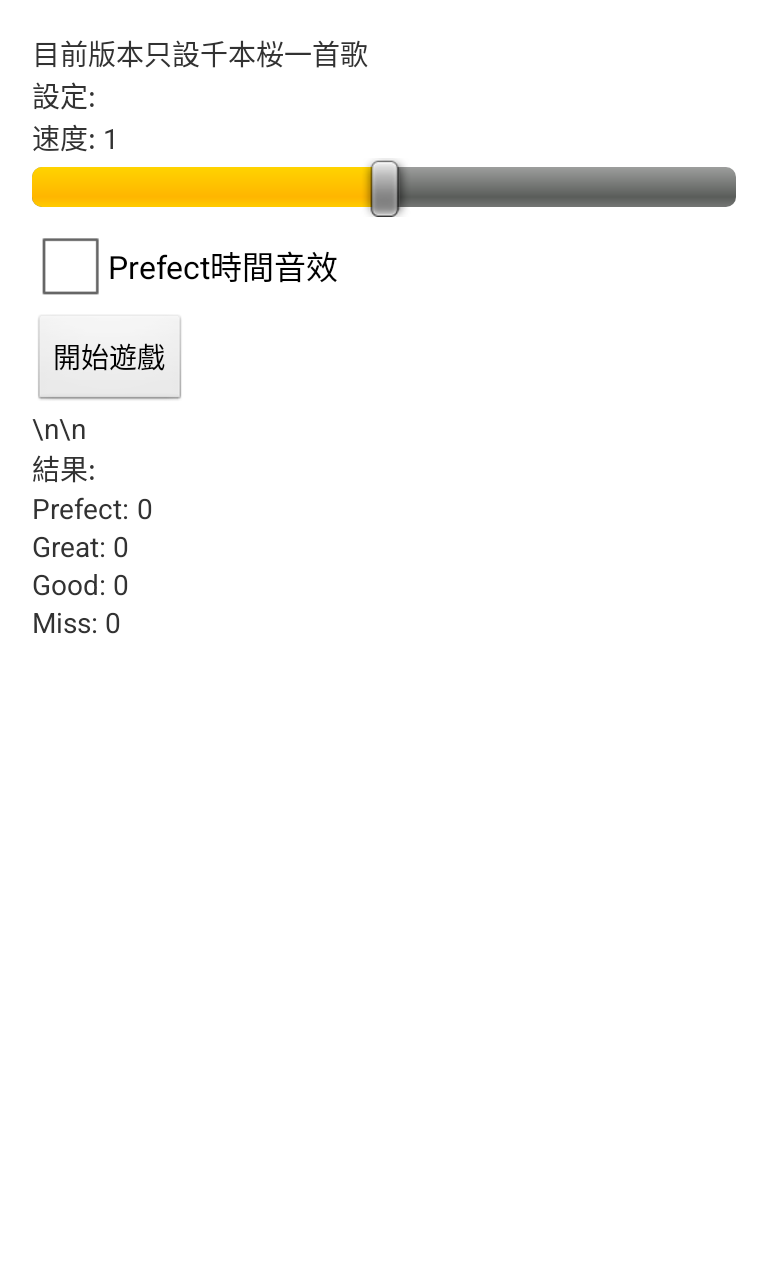
Repository: dogwong/marumaru
Layout: maimai_test/marumaru/res/layout/activity_main.xml
These files come from the project's save history. The layout is drawn as it stood at one moment and after the next save; the edit follows.
It is drawn on a 768 x 1280 px phone screen (xhdpi) without system bars, with theme AppTheme; the app's code is not run.

Above is the layout before, as saved 2013-06-10 16:08:44.

### maimai_test/marumaru/res/layout/activity_main.xml
<LinearLayout xmlns:android="http://schemas.android.com/apk/res/android"
    xmlns:tools="http://schemas.android.com/tools"
    android:id="@+id/LinearLayout1"
    android:layout_width="match_parent"
    android:layout_height="match_parent"
    android:orientation="vertical"
    android:paddingBottom="@dimen/activity_vertical_margin"
    android:paddingLeft="@dimen/activity_horizontal_margin"
    android:paddingRight="@dimen/activity_horizontal_margin"
    android:paddingTop="@dimen/activity_vertical_margin"
    tools:context=".MainActivity" >

    <TextView
        android:id="@+id/textView1"
        android:layout_width="wrap_content"
        android:layout_height="wrap_content"
        android:text="目前版本只設千本桜一首歌" />

    <TextView
        android:id="@+id/textView2"
        android:layout_width="wrap_content"
        android:layout_height="wrap_content"
        android:text="設定:" />

    <TableRow
        android:id="@+id/tableRow1"
        android:layout_width="match_parent"
        android:layout_height="wrap_content" >

        <TextView
            android:id="@+id/textView3"
            android:layout_width="wrap_content"
            android:layout_height="wrap_content"
            android:text="速度: " />

        <TextView
            android:id="@+id/tvSpeed"
            android:layout_width="wrap_content"
            android:layout_height="wrap_content"
            android:text="1" />

    </TableRow>

    <TableRow
        android:id="@+id/tableRow2"
        android:layout_width="match_parent"
        android:layout_height="wrap_content" >

        <SeekBar
            android:id="@+id/sbSpeed"
            android:layout_width="match_parent"
            android:layout_height="wrap_content"
            android:max="8"
            android:progress="4" />

    </TableRow>

    <CheckBox
        android:id="@+id/cbStandardSE"
        android:layout_width="wrap_content"
        android:layout_height="wrap_content"
        android:text="Prefect時間音效" />

    <Button
        android:id="@+id/btnStart"
        android:layout_width="wrap_content"
        android:layout_height="wrap_content"
        android:text="開始遊戲" />

    <TextView
        android:id="@+id/textView5"
        android:layout_width="wrap_content"
        android:layout_height="wrap_content"
        android:text="\n\n" />

    <TextView
        android:id="@+id/textView6"
        android:layout_width="wrap_content"
        android:layout_height="wrap_content"
        android:text="結果:" />

    <TableRow
        android:id="@+id/tableRow3"
        android:layout_width="match_parent"
        android:layout_height="wrap_content" >

        <TextView
            android:id="@+id/textView7"
            android:layout_width="wrap_content"
            android:layout_height="wrap_content"
            android:text="Prefect: " />

        <TextView
            android:id="@+id/tvPrefect"
            android:layout_width="wrap_content"
            android:layout_height="wrap_content"
            android:text="0" />

    </TableRow>

    <TableRow
        android:id="@+id/tableRow4"
        android:layout_width="match_parent"
        android:layout_height="wrap_content" >

        <TextView
            android:id="@+id/textView8"
            android:layout_width="wrap_content"
            android:layout_height="wrap_content"
            android:text="Great: " />

        <TextView
            android:id="@+id/tvGreat"
            android:layout_width="wrap_content"
            android:layout_height="wrap_content"
            android:text="0" />

    </TableRow>

    <TableRow
        android:id="@+id/tableRow5"
        android:layout_width="match_parent"
        android:layout_height="wrap_content" >

        <TextView
            android:id="@+id/textView9"
            android:layout_width="wrap_content"
            android:layout_height="wrap_content"
            android:text="Good: " />

        <TextView
            android:id="@+id/tvGood"
            android:layout_width="wrap_content"
            android:layout_height="wrap_content"
            android:text="0" />

    </TableRow>

    <TableRow
        android:id="@+id/tableRow6"
        android:layout_width="match_parent"
        android:layout_height="wrap_content" >

        <TextView
            android:id="@+id/textView10"
            android:layout_width="wrap_content"
            android:layout_height="wrap_content"
            android:text="Miss: " />

        <TextView
            android:id="@+id/tvMiss"
            android:layout_width="wrap_content"
            android:layout_height="wrap_content"
            android:text="0" />

    </TableRow>

</LinearLayout>

Loaded but not shown: maimai_test/marumaru/res/values/styles.xml (common file); maimai_test/marumaru/res/values/dimens.xml (common file)

After the next save:
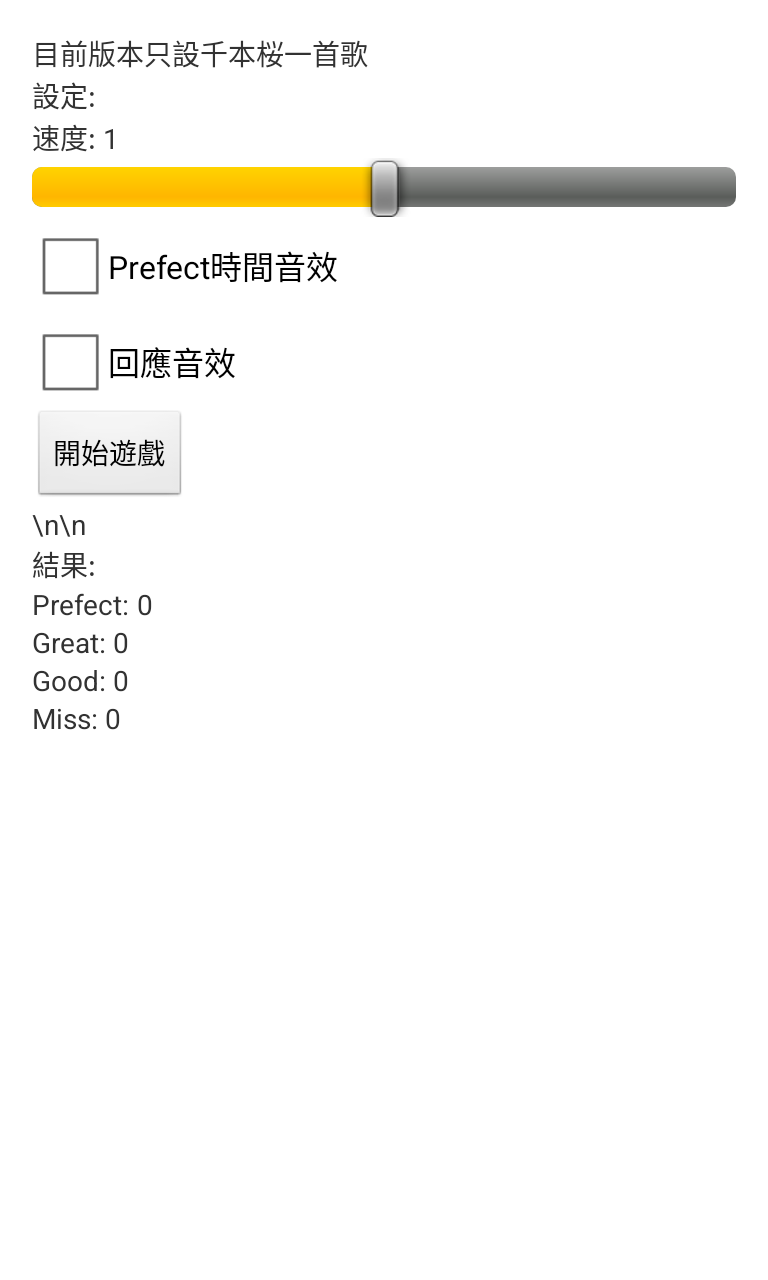
Saved 6 min 28 s later.
--- a/maimai_test/marumaru/res/layout/activity_main.xml
+++ b/maimai_test/marumaru/res/layout/activity_main.xml
@@ -60,6 +60,12 @@
         android:layout_width="wrap_content"
         android:layout_height="wrap_content"
         android:text="Prefect時間音效" />
+
+    <CheckBox
+        android:id="@+id/cbResponseSE"
+        android:layout_width="wrap_content"
+        android:layout_height="wrap_content"
+        android:text="回應音效" />
 
     <Button
         android:id="@+id/btnStart"
